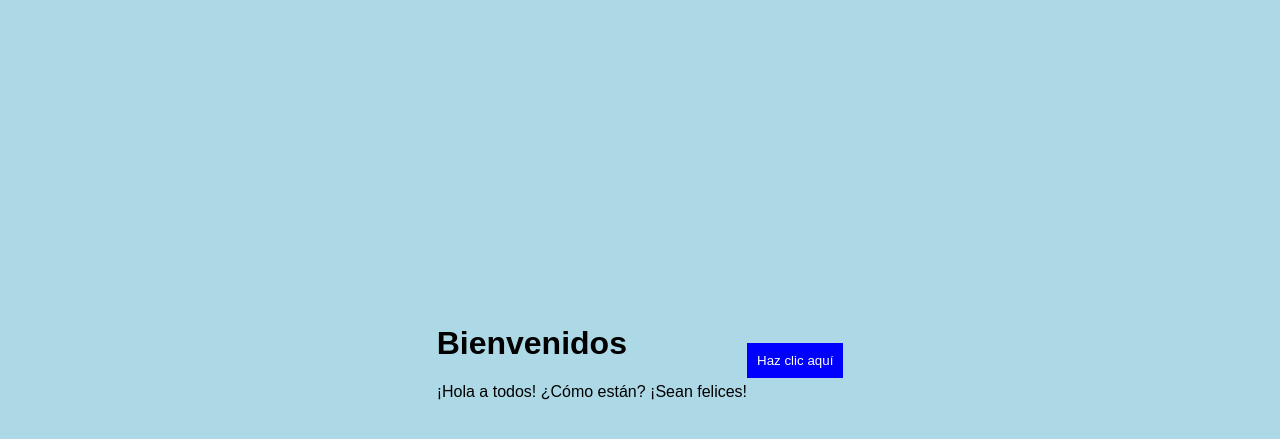
Repository: Connie75/KEYCODE
Page: Ejercicios/index.html
An editor plug-in stored every save of this project. The page is shown before and after the next save, followed by the edit.
The browser window is 1280 px wide. The pictures show the whole page.

Above is the page before, as saved 2024-08-16 03:45:05.

After the next save:
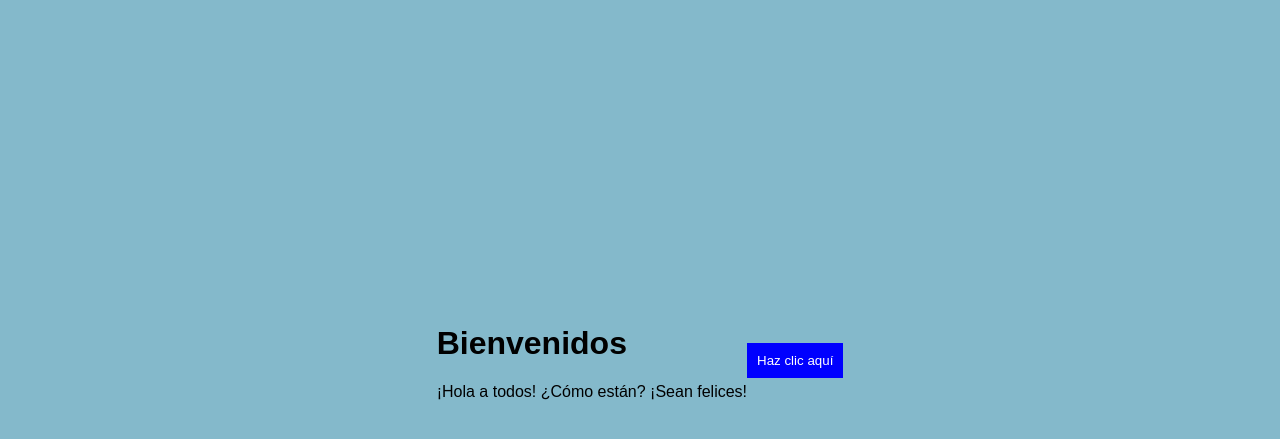
Saved 99 s later.
--- a/Ejercicios/index.html
+++ b/Ejercicios/index.html
@@ -7,7 +7,7 @@
     <style>
         body {
             font-family: Arial, sans-serif;
-            background-color: lightblue; /* Cambia el color del fondo */
+            background-color: rgb(132, 185, 203); /* Cambia el color del fondo */
             display: flex;
             justify-content: center;
             align-items: center;
